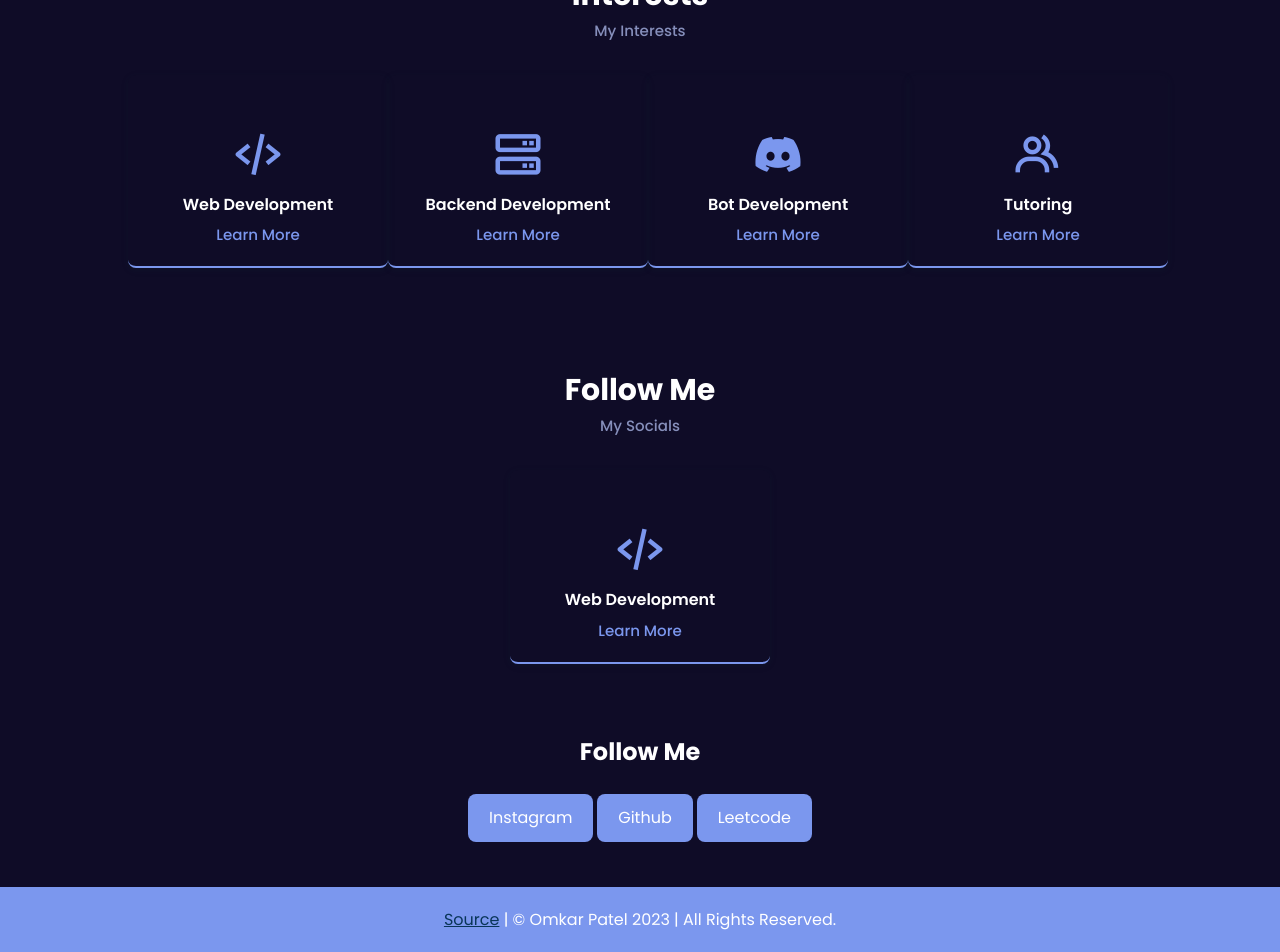
Repository: omkarxpatel/Omkar-Portfolio
Page: src/index.html
An editor plug-in stored every save of this project. The page is shown before and after a run of saves, followed by the edit.
The browser window is 1280 px wide. The pictures show the part of the page from y = 2098 to 3050 px (the page is 3050 px tall before and 2903 px after).
A picture or video elsewhere on the page could not be fetched, so the positions and the page height are approximate.

Above is the page before, as saved 2023-03-25 18:04:00.

After the next 2 saves:
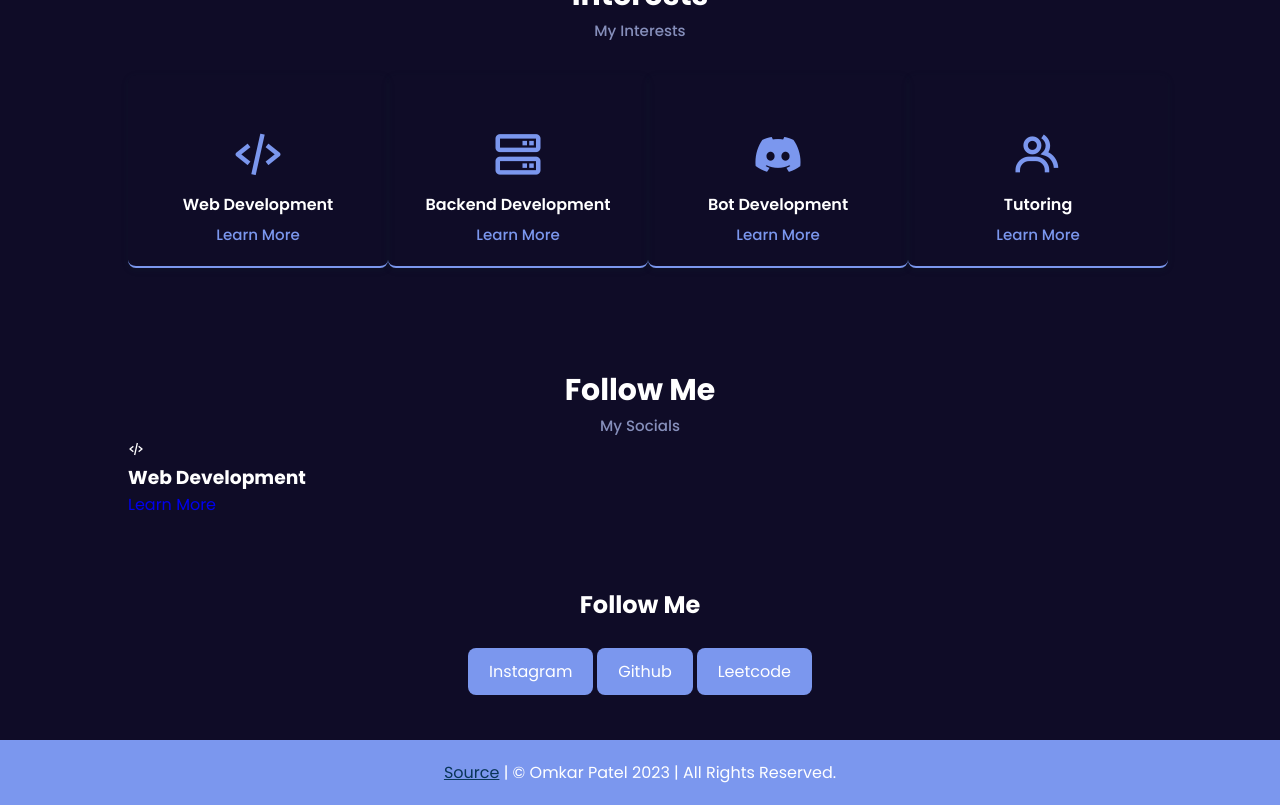
The 2 saves are shown as one change because they came seconds apart.
The last was saved 13 s later.
--- a/src/index.html
+++ b/src/index.html
@@ -247,9 +247,9 @@
         <h2>Follow Me</h2>
         <span>My Socials</span>
     </div>
-    <div class="interests-content">
-
-        <div class="interests-box">
+    <div class="find_me-content">
+
+        <div class="find_me-box">
             <i class='bx bx-code-alt'></i>
             <h3>Web Development</h3>
             <a href="#skills">Learn More</a>

After the save that followed:
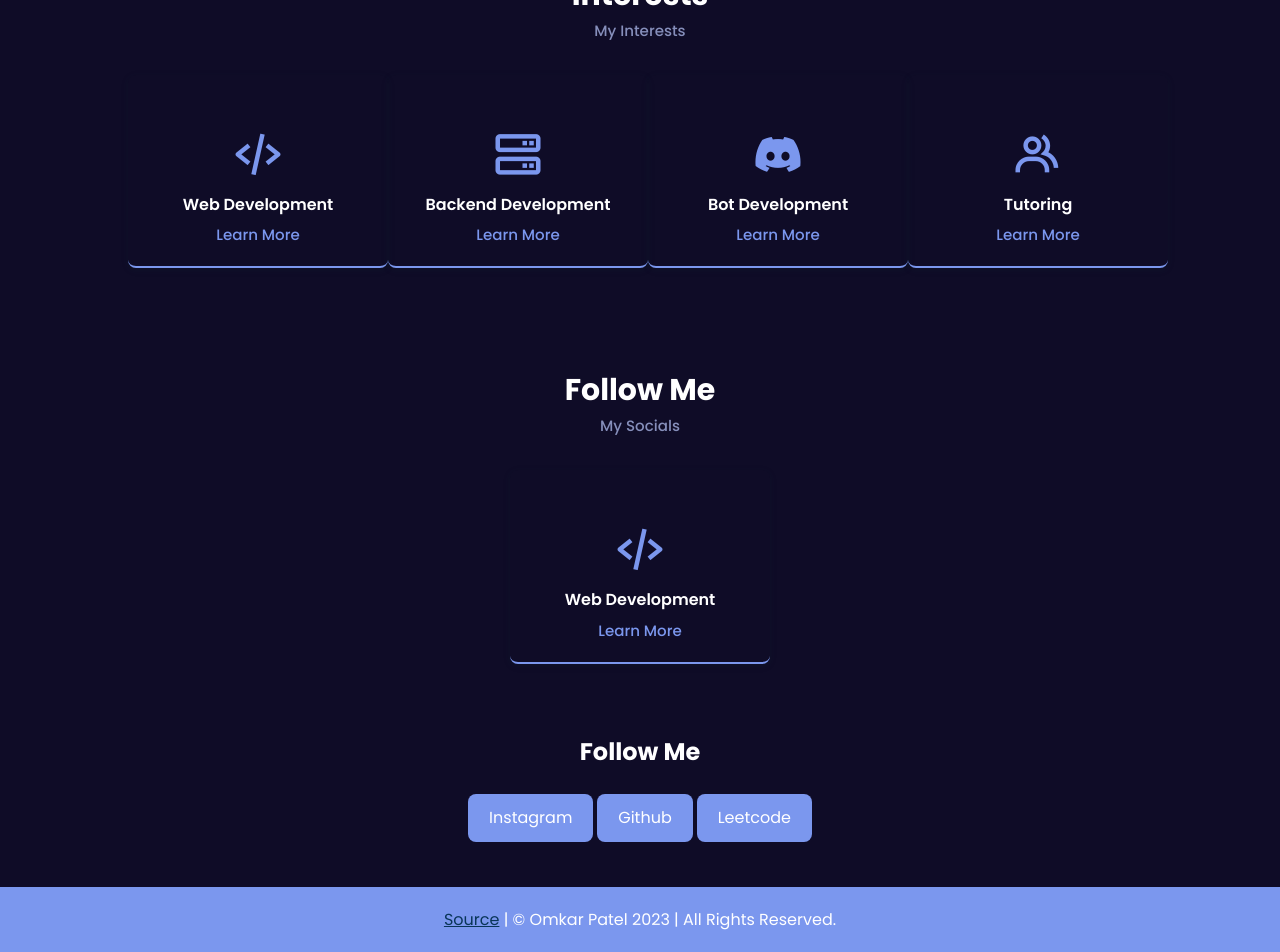
Saved 6 s later.
--- a/src/index.html
+++ b/src/index.html
@@ -247,9 +247,9 @@
         <h2>Follow Me</h2>
         <span>My Socials</span>
     </div>
-    <div class="find_me-content">
-
-        <div class="find_me-box">
+    <div class="interests-content">
+
+        <div class="interests-box">
             <i class='bx bx-code-alt'></i>
             <h3>Web Development</h3>
             <a href="#skills">Learn More</a>
